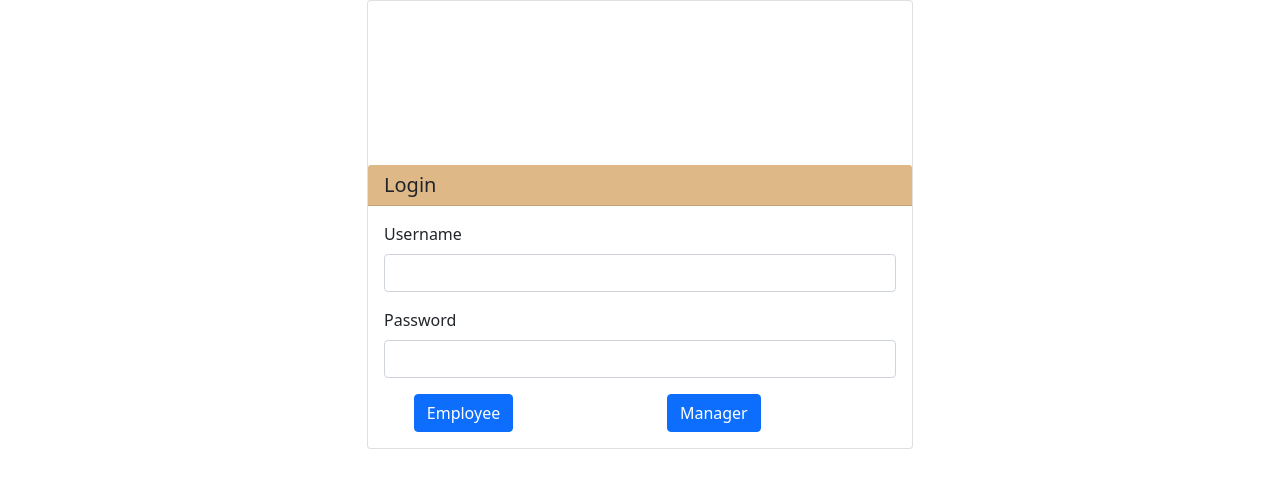
Repository: mavn2/ERS
Page: http://localhost/ExpenseReimbursementSystem/
These files come from the project's save history. The page is drawn as it stood at one moment and after the next save; the edit follows.
The browser window is 1280 px wide. The pictures show the whole page.
The page is served by Tomcat 9.

Above is the page before, as saved 2021-04-02 11:39:41.

After the next save:
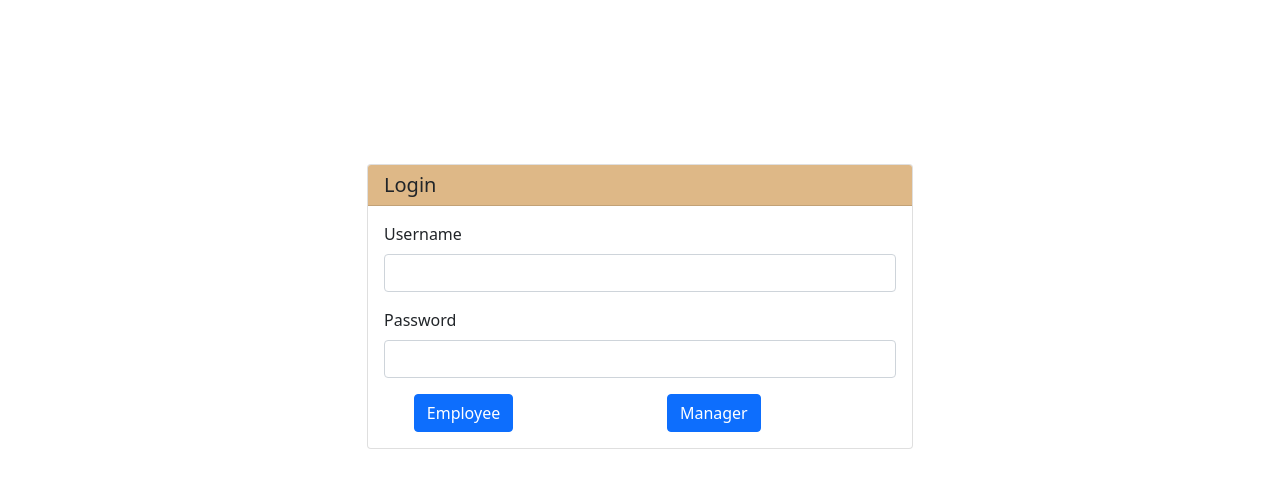
Saved 57 s later.
--- a/APP/ExpenseReimbursementSystem/src/main/webapp/style/style.css
+++ b/APP/ExpenseReimbursementSystem/src/main/webapp/style/style.css
@@ -10,5 +10,5 @@
 }
 
 #loginForm {
-	padding-top: 30%;
+	margin-top: 30%;
 }
